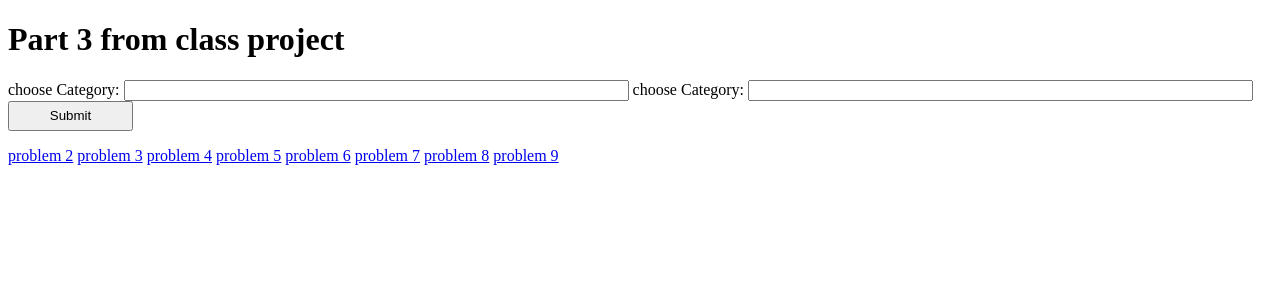
Repository: HamdanM/DatabaseProject
Page: http://localhost/DB3/root.jsp
These files come from the project's save history. The page is drawn as it stood at one moment and after the next save; the edit follows.
The browser window is 1280 px wide. The pictures show the whole page.
The page is served by Tomcat 9. Nobody is signed in. The application's start-up code is not run. Other server files are loaded and not shown.

Above is the page before, as saved 2019-07-27 22:27:04.

### DB3/WebContent/root.jsp
<%@ page language="java" contentType="text/html; charset=UTF-8"
    pageEncoding="UTF-8"%>
<!DOCTYPE html>
<html>
<head>
<meta charset="UTF-8">
<title>Online Store</title>
</head>
<body>

<h1>Part 3 from class project</h1>
<form action="problemtwo" method="post">
        <input type="hidden" name="action"" >
        <label>choose Category: <input
                    type="text" name="cat1"
                    size="60" maxlength="70" />
        <label>choose Category: <input
                    type="text" name="cat2"
                    size="60" maxlength="70" />
          <input style="height:30px;width:125px" type="submit" name="submit" value="Submit" />

            </label></p>
 </form>

<a href="Displaynum2.jsp">problem 2</a>
<a href="Displaynum3.jsp">problem 3</a>
<a href="Displaynum4.jsp">problem 4</a>
<a href="Displaynum5.jsp"> problem 5</a>
<a href="Displaynum6.jsp">problem 6</a>
<a href="Displaynum7.jsp">problem 7</a>
<a href="Displaynum8.jsp">problem 8</a>
<a href="Displaynum9.jsp">problem 9</a>

</body>
</html>

After the next save:
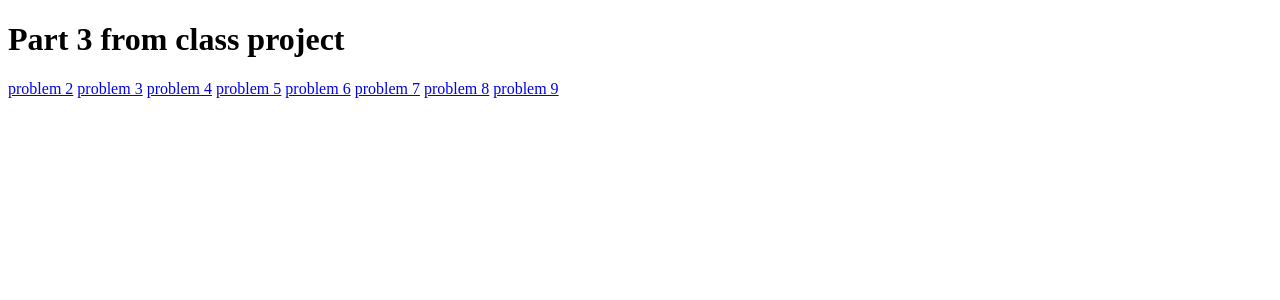
Saved 8 s later.
--- a/DB3/WebContent/root.jsp
+++ b/DB3/WebContent/root.jsp
@@ -9,18 +9,7 @@
 <body>
 
 <h1>Part 3 from class project</h1>
-<form action="problemtwo" method="post">
-        <input type="hidden" name="action"" >
-        <label>choose Category: <input
-                    type="text" name="cat1"
-                    size="60" maxlength="70" />
-        <label>choose Category: <input
-                    type="text" name="cat2"
-                    size="60" maxlength="70" />
-          <input style="height:30px;width:125px" type="submit" name="submit" value="Submit" />
 
-            </label></p>
- </form>
 
 <a href="Displaynum2.jsp">problem 2</a>
 <a href="Displaynum3.jsp">problem 3</a>
